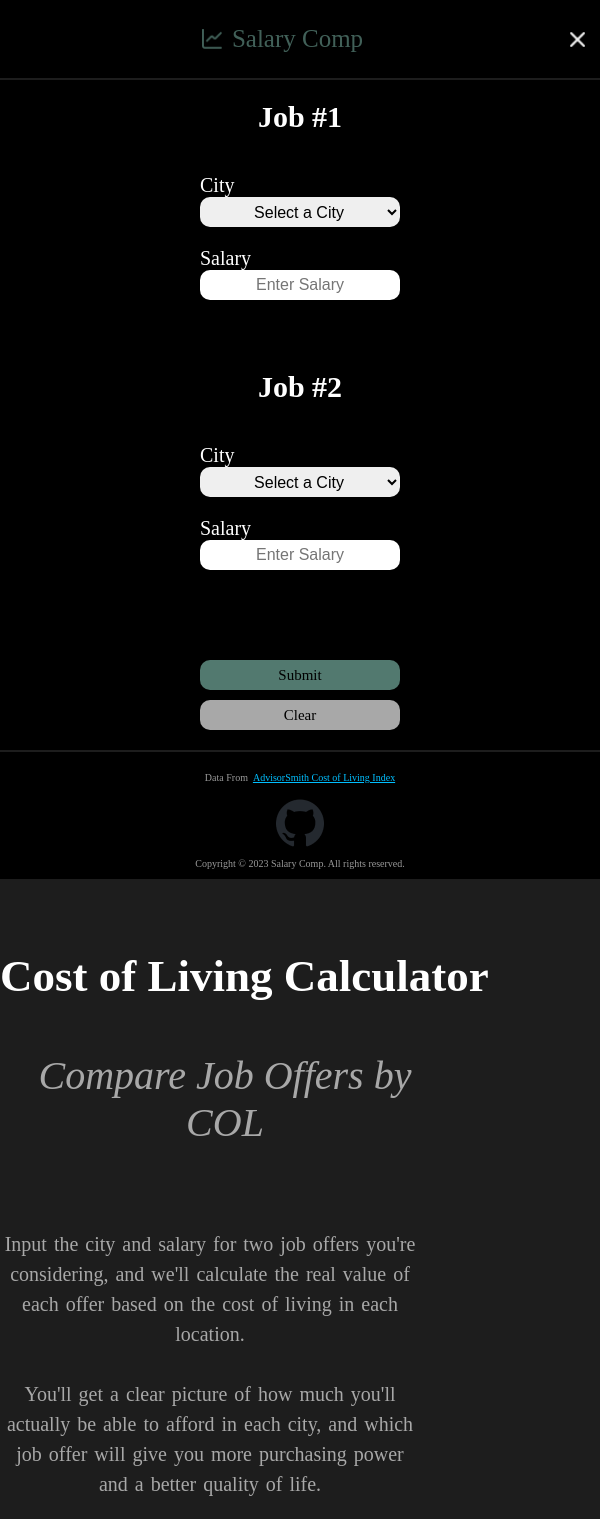
Repository: robbymcd/Salary-Comp
Page: /
The author's editor kept a copy of each file at every save. The page is drawn from the files as they stood at one save, then again after a run of saves.
The browser window is 600 px wide. The pictures show the whole page.
Some web fonts or font styles are not loaded; a fallback is used. The project was rebuilt for these pictures with package versions that can differ from the ones it lists, and the page was loaded fresh each time. Also part of the build but not shown: src/Main.css, src/Main.js.

Above is the page before, as saved 2023-06-16 18:22:12.

### public/index.html
<!DOCTYPE html>
<html lang="en">
  <head>
    <meta charset="utf-8" />
    <link rel="icon" href="%PUBLIC_URL%/favicon.ico" />
    <meta name="viewport" content="width=device-width, initial-scale=1" />
    <meta name="theme-color" content="#000000" />
    <meta
      name="description"
      content="Compare Job Offers by COL"
    />
    <link rel="apple-touch-icon" href="%PUBLIC_URL%/favicon.ico" />
    <!--
      manifest.json provides metadata used when your web app is installed on a
      user's mobile device or desktop. See https://developers.google.com/web/fundamentals/web-app-manifest/
    -->
    <link rel="manifest" href="%PUBLIC_URL%/manifest.json" />
    <!--
      Notice the use of %PUBLIC_URL% in the tags above.
      It will be replaced with the URL of the `public` folder during the build.
      Only files inside the `public` folder can be referenced from the HTML.

      Unlike "/favicon.ico" or "favicon.ico", "%PUBLIC_URL%/favicon.ico" will
      work correctly both with client-side routing and a non-root public URL.
      Learn how to configure a non-root public URL by running `npm run build`.
    -->
    <title>Salary Comp</title>
  </head>
  <body>
    <noscript>You need to enable JavaScript to run this app.</noscript>
    <div id="root"></div>
    <!--
      This HTML file is a template.
      If you open it directly in the browser, you will see an empty page.

      You can add webfonts, meta tags, or analytics to this file.
      The build step will place the bundled scripts into the <body> tag.

      To begin the development, run `npm start` or `yarn start`.
      To create a production bundle, use `npm run build` or `yarn build`.
    -->
  </body>
</html>

### src/index.css
body {
  margin: 0;
  font-family: -apple-system, BlinkMacSystemFont, 'Segoe UI', 'Roboto', 'Oxygen',
    'Ubuntu', 'Cantarell', 'Fira Sans', 'Droid Sans', 'Helvetica Neue',
    sans-serif;
  -webkit-font-smoothing: antialiased;
  -moz-osx-font-smoothing: grayscale;
  height: 100%;
  width: 100%;
}

html {
  height: 100%;
  width: 100%;
  background-color: #1D1D1D;
}

code {
  font-family: source-code-pro, Menlo, Monaco, Consolas, 'Courier New',
    monospace;
}

### src/App.js
import React, { useState } from 'react';
import './App.css';
import Sidebar from './Sidebar.js';
import Content from './Content.js';

function App() {
  const [isSubmitted, setIsSubmitted] = useState(false);
  const [cityCOL1, setCityCOL1] = useState('');
  const [cityCOL2, setCityCOL2] = useState('');
  const [cityName1, setCityName1] = useState('');
  const [cityName2, setCityName2] = useState('');
  const [salary1, setSalary1] = useState('');
  const [salary2, setSalary2] = useState('');

  const handleFormSubmit = (formData) => {
    setIsSubmitted(true);
    setCityCOL1(formData.cityCOL1);
    setCityCOL2(formData.cityCOL2);
    setCityName1(formData.cityName1);
    setCityName2(formData.cityName2);
    setSalary1(formData.salary1);
    setSalary2(formData.salary2);
  };

  return (
    <div className="main">
        <Sidebar onFormSubmit={handleFormSubmit}/>
        <Content isSubmitted={isSubmitted} cityCOL1={cityCOL1} cityCOL2={cityCOL2} cityName1={cityName1} cityName2={cityName2} salary1={salary1} salary2={salary2} />
    </div>
  );
}

export default App;

### src/App.css
.main {
    display: flex;
    flex-direction: row;
    height: 200%;
    width: 100%;
    background-color: #1D1D1D;
}

@media screen and (max-width: 700px) {
    .main {
        flex-direction: column;
        gap: 100px;
    }
}

### src/Content.js
import React from 'react';
import './Content.css';
import Instruction from './Instruction.js';
import Main from './Main.js';

export default function Content({ isSubmitted ,cityCOL1 ,cityCOL2, cityName1, cityName2 , salary1, salary2 }) {

    return (
        <div className='Content-container'>
            {isSubmitted ? <Main cityCOL1={cityCOL1} cityCOL2={cityCOL2} cityName1={cityName1} cityName2={cityName2} salary1={salary1} salary2={salary2}/> : <Instruction />}
        </div>
    );
}

### src/Sidebar.css
@import url('https://fonts.googleapis.com/css?family=Roboto-Mono');
@import url('https://fonts.googleapis.com/css?family=Mukta-Vaani');
.sidebar {
    display: flex;
    height: 100vh;
    width: fit-content;
}

.closed-sidebar {
    display: flex;
    height: 100vh;
    width: fit-content;
    margin-right: 22vw;
}

.plusIcon {
    height: 30px;
    width: 30px;
    margin-left: 20px;
    align-self: center;
    cursor: pointer;
}

.plusIcon:hover {
    opacity: 0.5;
}

.error {
    display: flex;
    font-size: 15px;
    margin-bottom: -15px;
    color: #BA1F33;
}

.button-container {
    display: flex;
    flex-direction: column;
    gap: 10px;
    margin-top: 20px;
}

.submit-container {
    display: flex;
}

.submit {
    height: 30px;
    width: clamp(200px, 20vw, 300px);
    border-radius: 10px;
    border: none;
    outline: none;
    cursor: pointer;
    background-color: #52796F;
    font-family: Mukta Vaani;
    font-size: 15px;
    color: #000;
    font-weight: normal;
    box-shadow: 0px 4px 4px rgba(0, 0, 0, 0.25);
}

.submit:hover {
    opacity: 0.8;
}

.clear-container {
    display: flex;
}

.clear {
    height: 30px;
    width: clamp(200px, 20vw, 300px);
    border-radius: 10px;
    border: none;
    outline: none;
    cursor: pointer;
    background-color: #a8a8a8;
    font-family: Mukta Vaani;
    font-size: 15px;
    color: #000;
    box-shadow: 0px 4px 4px rgba(0, 0, 0, 0.25);
}

.clear:hover {
    opacity: 0.8;
}

@media screen and (min-width: 1650px) {
    .button-container {
        gap: 20px;
    }
}

@media screen and (max-width: 700px) {
    .sidebar {
        display: grid;
        height: fit-content;
        width: 100vw;
    }

    .closed-sidebar {
        height: fit-content;
        justify-content: center;
    }

    .plusIcon {
        margin: 0;
    }

    .submit {
        width: 200px;
    }

    .clear {
        width: 200px;
    }
}

### src/OpenSidebar.css
@import url('https://fonts.googleapis.com/css?family=Roboto-Mono');
@import url('https://fonts.googleapis.com/css?family=Mukta-Vaani');

.open-sidebar {
    display: flex;
    flex-direction: column;
    height: 100vh;
    width: 25vw;
    background-color: #000;
    box-shadow: 0px 0px 4px 4px rgba(0, 0, 0, 0.25);
    margin-right: 8vw;
    transition: transform 0.3s ease-in-out;
}

.sidebar-header {
    display: flex;
    width: 25vw;
    border-bottom: 2px solid #1d1d1d;
    justify-content: space-between;
    align-items: center;
}

.sidebar-wrapper {
    display: inline-block;
}

.centering {
    display: flex;
    flex-direction: row;
    width: 100%;
    align-self: center;
    align-items: center;
    justify-content: center;
}

.logo {
    display: flex;
    flex-direction: row;
    width: 100%;
    align-items: center;
    justify-content: center;
    gap: 10px;
    cursor: pointer;
}

.logo:hover {
    opacity: .8;
}

.logo p {
    font-family: Roboto Mono;
    color: #52796F;
    font-size: 25px;
}

.chart {
    height: 20px;
    width: 20px;
}

.city {
    display: flex;
    flex-direction: column;
    font-family: Mukta Vaani;
    font-style: normal;
    font-weight: 300;
    font-size: 20px;
    color: #fff;
}

.salary{
    display: flex;
    flex-direction: column;
    font-family: Mukta Vaani;
    font-style: normal;
    font-weight: 300;
    font-size: 20px;
    color: #fff;
}

.salary label {
    display: flex;
    justify-self: center;
}

.form {
    display: flex;
    flex-direction: column;
    font-family: Mukta Vaani;
    height: 100%;
    align-items: center;
    gap: 20px;
    border-bottom: 2px solid #1d1d1d;
    justify-content: center;
    padding: 20px;
}

.form h1 {
    color: #fff;
    font-family: Roboto Mono;
    font-size: 30px;
    font-weight: 700;
    font-style: normal;
    text-align: center;
    margin-top: 10px;
    margin-bottom: 0px;
}

select {
    cursor: pointer;
}

input {
    text-decoration: none;
    height: 30px;
    width: clamp(200px, 20vw, 300px);
    border-radius: 10px;
    outline: none;
    border: none;
    padding: 0;
    text-align: center;
    font-size: 16px;
    cursor: pointer;
}

.salarycomp {
    height: 80px;
    width: 360px;
}

.x {
    height: 25px;
    width: 25px;
    cursor: pointer;
    margin-right: 10px;
}

.x:hover {
    opacity: 0.5;
    transition: ease-in-out 0.2s;
}

.footer {
    display: flex;
    flex-direction: column;
    align-items: center;
    justify-content: center;
    width: 100%;
    background-color: #000;
}

.footer p {
    color: #fff;
    opacity: .6;
    font-family: 'Mukta Vaani';
    font-style: normal;
    font-weight: 300;
    font-size: 14px;
    text-align: center;
}

.hiw {
    display: flex;
    flex-direction: row;
    align-items: center;
    justify-content: center;
    gap: 10px;
}

.hiw a {
    font-size: 14px;
    font-weight: 300;
    font-family: 'Mukta Vaani';
    color: #00bfff;
}

.hiw a:hover {
    opacity: 0.5;
    transition: ease-in-out 0.2s;
}

.github {
    height: 50px;
    width: 50px;
    cursor: pointer;
}

.github:hover {
    opacity: 0.8;
}

@media screen and (max-width: 1000px) {
    .footer p {
        font-size: 10px;
    }

    .hiw a {
        font-size: 10px;
    }

    .hiw {
        margin-top: 10px;
        margin-bottom: 5px;
        gap: 5px;
    }
}

@media screen and (min-height: 800px) {
    .form h1 {
        margin-top: 0;
        margin-bottom: 20px;
    }

    input {
        margin-bottom: 50px;
    }
}

@media screen and (max-width: 700px) {
    .open-sidebar {
        width: 100vw;
        margin: 0;
    }

    .sidebar-header {
        width: 100vw;
    }

    .city {
        width: 200px;
    }

    select {
        width: 200px;
    }
}

### src/Select.css
.select-main {
    text-decoration: none;
    height: 30px;
    width: clamp(200px, 20vw, 300px);
    border-radius: 10px;
    outline: none;
    text-align: center;
    font-size: 16px;
}

.select-main select {
    text-align: center;
    text-decoration: none;
    outline: none;
    border: none;
    height: 30px;
    width: clamp(200px, 20vw, 300px);
    border-radius: 10px;
    font-size: 16px;
    padding-left: 10px;
}

### src/Content.css
@import url('https://fonts.googleapis.com/css?family=Kadwa');
@import url('https://fonts.googleapis.com/css?family=Hind-Madurai');

.Content-container {
    display: flex;
    width: 100%;
}

.header {
    display: flex;
    flex-direction: row;
    align-items: center;
    margin-top: 50px;
    gap: 25px;
}

.content h1 {
    font-family: Kadwa;
    font-weight: bold;
    font-size: 45px;
    height: 100%;
    margin: 0;
}

.content h2 {
    font-family: Hind Madurai;
    font-size: 40px;
    color: #a8a8a8;
    margin-top: 50px;
    width: 75%;
    font-weight: 500;
    font-style: italic;
}

.content p {
    display: flex;
    width: 50vw;
    font-family: Hind Madurai;
    font-size: 20px;
    color: #a8a8a8;
    word-spacing: 2px;
    line-height: 1.5;
    margin-top: 50px;
    width: 70%;
}

.content {
    display: flex;
    flex-direction: column;
    color: #fff;
    height: fit-content;
    width: 100%;
    justify-items: center;
}

.calculator {
    display: flex;
    height: 150px;
    width: 150px;
}

@media screen and (max-width: 700px) {
    .Content-container {
        width: 100vw;
        justify-content: center;
        text-align: center;
    }

    .calculator {
        display: none;
    }
}

### src/Instruction.js
import calculator from './calculator.png';

export default function Instruction() {
    return (
        <div className="content">
            <div className="header">
                <h1>Cost of Living Calculator</h1>
                <img className="calculator" src={calculator} alt='calculator'></img>
            </div>
            <h2>Compare Job Offers by COL</h2>
            <p>Input the city and salary for two job offers you're considering, and we'll calculate the real value of each offer based on the cost of living in each location.<br/><br/>You'll get a clear picture of how much you'll actually be able to afford in each city, and which job offer will give you more purchasing power and a better quality of life.
            </p>
        </div>
    );
}

Loaded but not shown: src/index.js (common file); src/reportWebVitals.js (common file); src/Sidebar.js (399 lines, source omitted)

After the next 2 saves:
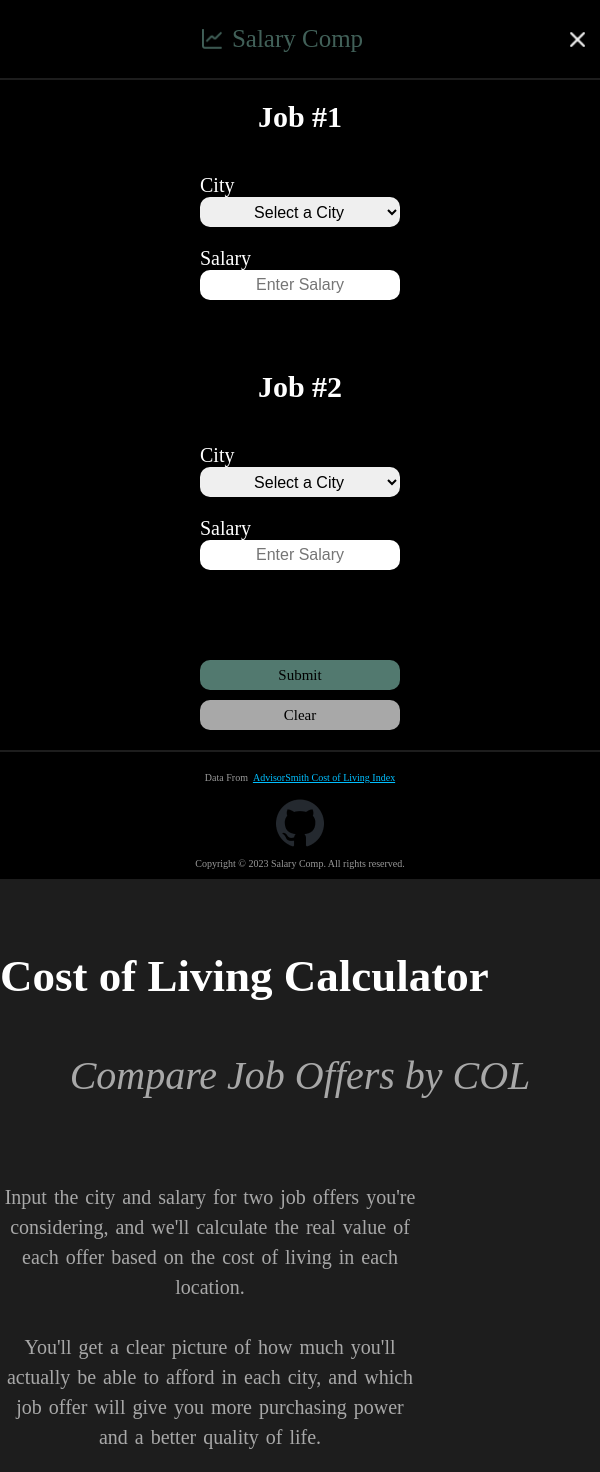
The 2 saves are shown as one change because they came seconds apart.
The last was saved 35 s later.
--- a/src/Content.css
+++ b/src/Content.css
@@ -69,4 +69,8 @@
     .calculator {
         display: none;
     }
+
+    .content h2 {
+        width: 100vw;
+    }
 }
